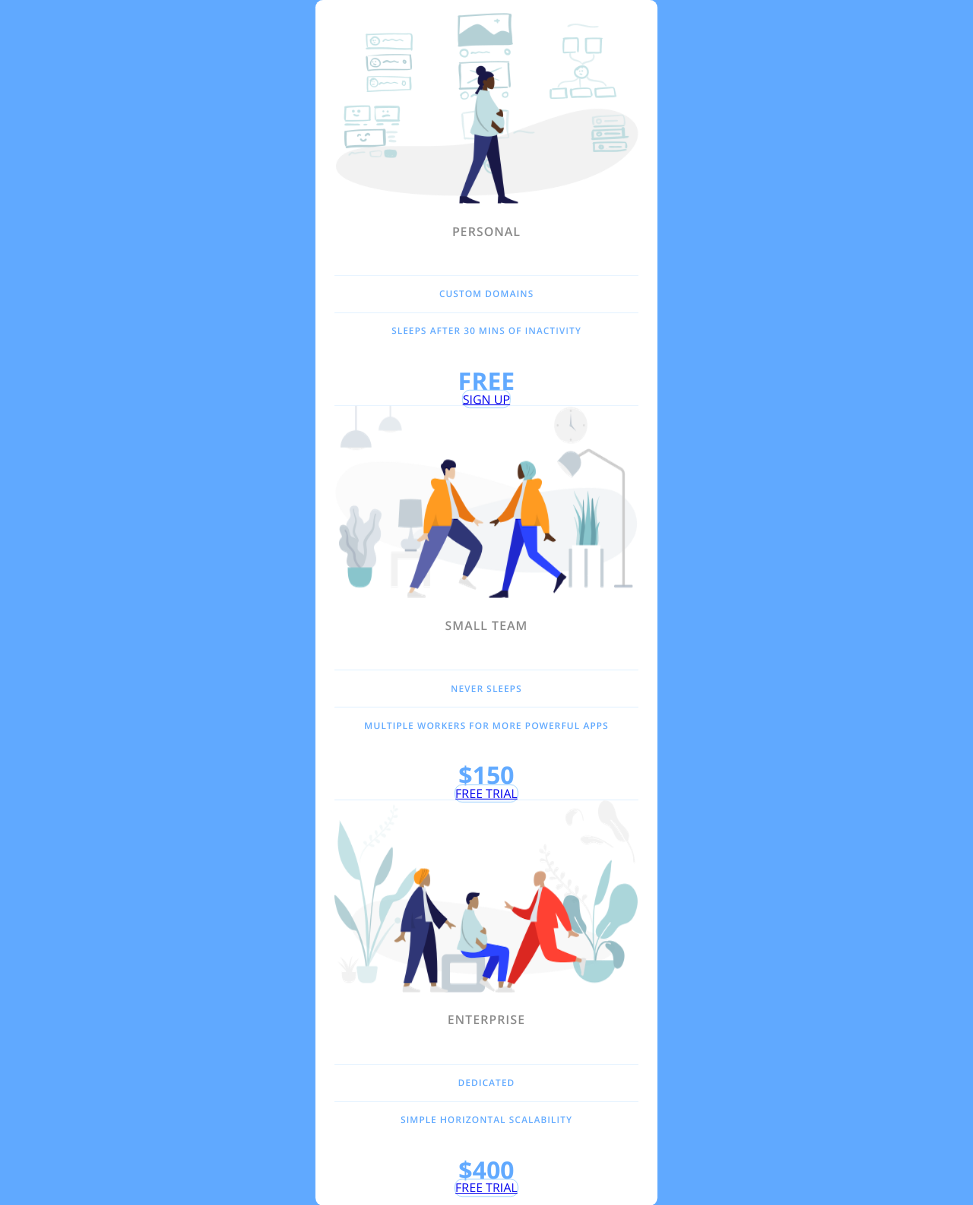
Repository: fatehailey/Pricing-Panel
Page: index.html
An editor plug-in stored every save of this project. The page is shown before and after a run of saves, followed by the edit.
The browser window is 1280 px wide. The pictures show the whole page, at 76% of full size.

Above is the page before, as saved 2022-09-16 12:44:39.

### index.html
<!DOCTYPE html>
<html lang="en">

<head>
    <meta charset="UTF-8">
    <meta name="viewport" content="width=device-width, initial-scale=1.0">
    <title>Price Tiers</title>
    <link rel="stylesheet" href="https://fonts.googleapis.com/css?family=Open+Sans:400,600,700">
    <link rel="stylesheet" href="app.css">
</head>

<body>
    <div class="panel pricing-table">

        <div class="pricing-plan">
            <img src="icons/icon1.png" alt="" class="pricing-img">
            <h2 class="pricing-header">Personal</h2>
            <ul class="pricing-features">
                <li class="pricing-features-item">Custom domains</li>
                <li class="pricing-features-item">Sleeps after 30 mins of inactivity</li>
            </ul>
            <span class="pricing-price">Free</span>
            <a href="#/" class="pricing-button">Sign up</a>
        </div>

        <div class="pricing-plan">
            <img src="icons/icon2.png" alt="" class="pricing-img">
            <h2 class="pricing-header">Small team</h2>
            <ul class="pricing-features">
                <li class="pricing-features-item">Never sleeps</li>
                <li class="pricing-features-item">Multiple workers for more powerful apps</li>
            </ul>
            <span class="pricing-price">$150</span>
            <a href="#/" class="pricing-button is-featured">Free trial</a>
        </div>

        <div class="pricing-plan">
            <img src="icons/icon3.png" alt="" class="pricing-img">
            <h2 class="pricing-header">Enterprise</h2>
            <ul class="pricing-features">
                <li class="pricing-features-item">Dedicated</li>
                <li class="pricing-features-item">Simple horizontal scalability</li>
            </ul>
            <span class="pricing-price">$400</span>
            <a href="#/" class="pricing-button">Free trial</a>
        </div>

    </div>

</body>

</html>

### app.css
/* http://meyerweb.com/eric/tools/css/reset/
   v2.0 | 20110126
   License: none (public domain)
*/

html, body, div, span, applet, object, iframe,
h1, h2, h3, h4, h5, h6, p, blockquote, pre,
a, abbr, acronym, address, big, cite, code,
del, dfn, em, img, ins, kbd, q, s, samp,
small, strike, strong, sub, sup, tt, var,
b, u, i, center,
dl, dt, dd, ol, ul, li,
fieldset, form, label, legend,
table, caption, tbody, tfoot, thead, tr, th, td,
article, aside, canvas, details, embed,
figure, figcaption, footer, header, hgroup,
menu, nav, output, ruby, section, summary,
time, mark, audio, video {
	margin: 0;
	padding: 0;
	border: 0;
	font-size: 100%;
	font: inherit;
	vertical-align: baseline;
}
/* HTML5 display-role reset for older browsers */
article, aside, details, figcaption, figure,
footer, header, hgroup, menu, nav, section {
	display: block;
}
body {
	line-height: 1;
}
ol, ul {
	list-style: none;
}
blockquote, q {
	quotes: none;
}
blockquote:before, blockquote:after,
q:before, q:after {
	content: '';
	content: none;
}
table {
	border-collapse: collapse;
	border-spacing: 0;
}


html {
    box-sizing: border-box;
    font-family: 'Open Sans', sans-serif;
}
body{
    background-color: #60a9ff;
    display: flex;
    justify-content: center;
    align-items: center;
    min-height: 100vh;
}

.panel{
    background-color: white;
    border-radius: 10px;
    padding: 15px 25px;
    max-width: 960px;
    display: flex;
    flex-direction: column;
    text-align: center;
    text-transform: uppercase;
}

.pricing-plan:not(:last-child) {
    border-bottom: 1px solid #e1f1ff;
  }

.pricing-img {
    margin-bottom: 25px;
    width: 100%;
}

.pricing-header{
    color: #888;
    font-weight: 600;
    letter-spacing: 1px;
}

.pricing-features{
    margin: 50px 0 25px;
    color: #60a9ff;
}

.pricing-features-item{
    font-weight: 600;
    letter-spacing: 1px;
    font-size: 12px;
    line-height: 1.5;
    padding: 15px 0;
    border-top: 1px solid #e1f1ff;
}

.pricing-features:last-child{
    border-bottom: 1px solid #e1f1ff;
}
.pricing-price{
    color: #60a9ff;
    display: block;
    font-size: 32px;
    font-weight: 700;
}

.pricing-button {
    border: 1px solid #9dd1ff;
    border-radius: 10px;
    color: #34;
}

After the next 6 saves:
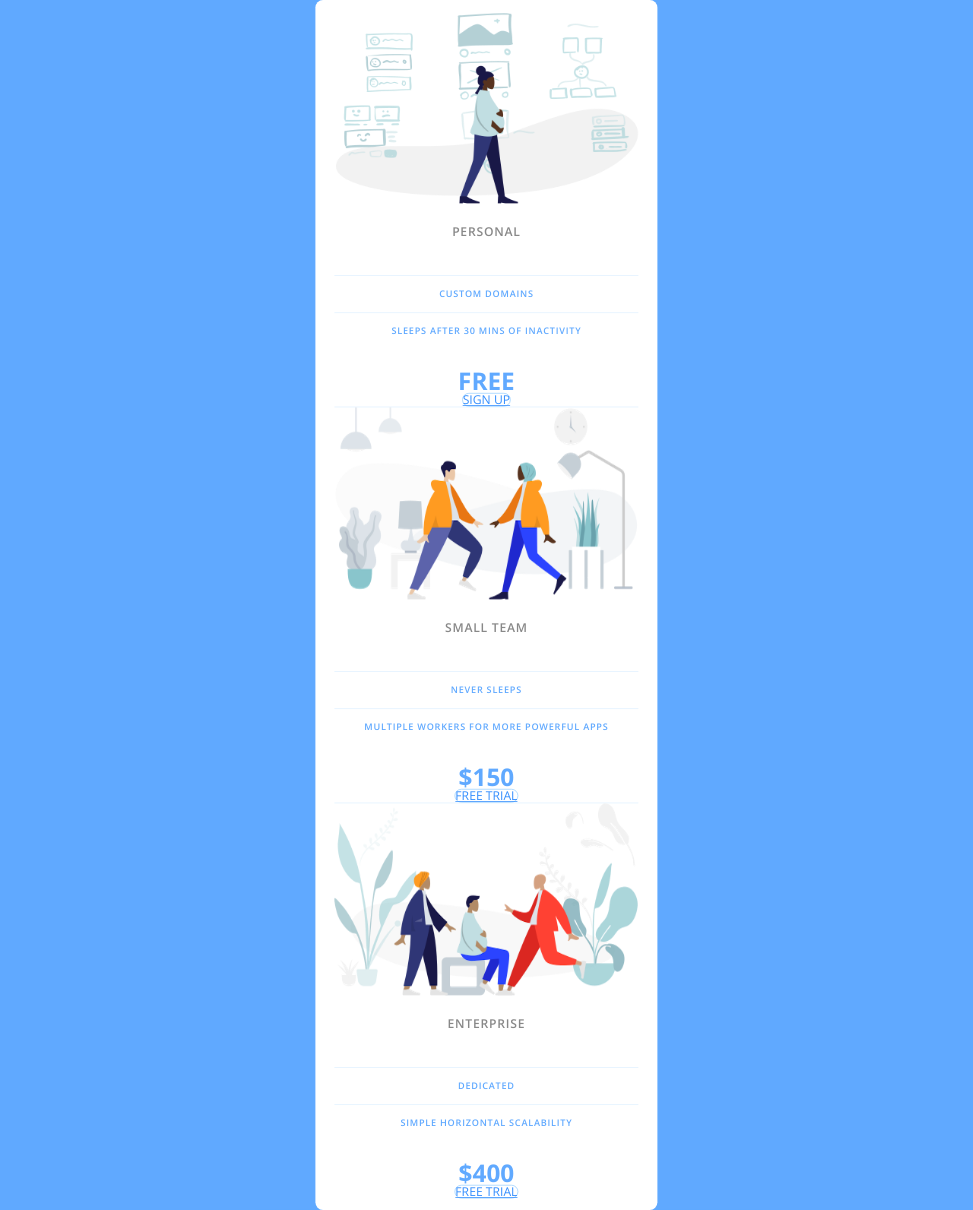
The 6 saves are shown as one change because they came seconds apart.
The last was saved 16 s later.
--- a/app.css
+++ b/app.css
@@ -113,5 +113,7 @@ body{
 .pricing-button {
     border: 1px solid #9dd1ff;
     border-radius: 10px;
-    color: #34;
+    color: #348efe;
+    display: inline-block;
+
 }
